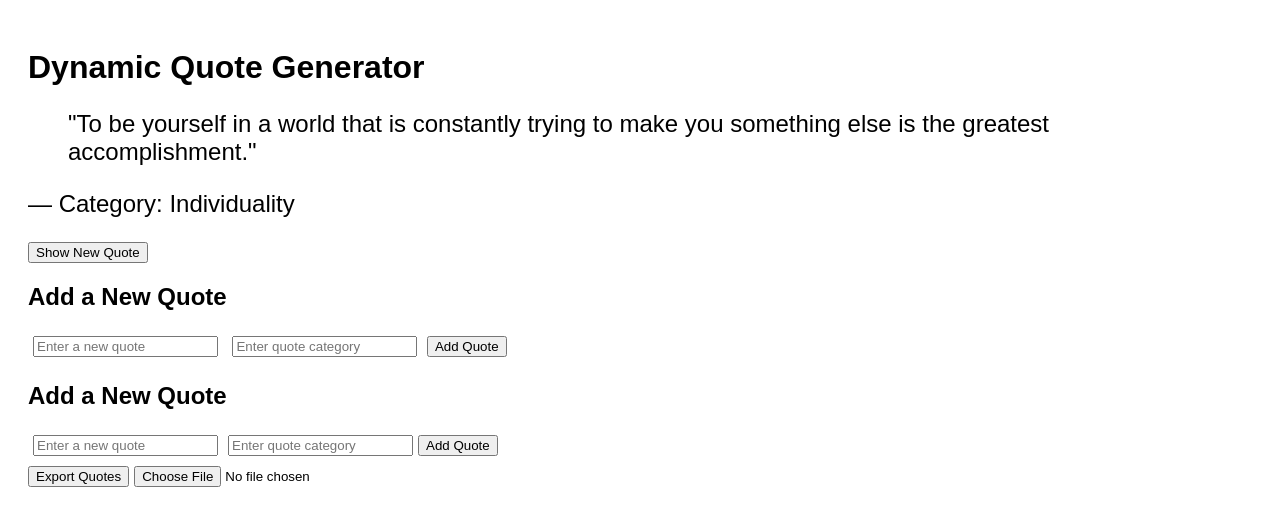
Repository: Patience225/alx_fe_javascript
Page: dom-manipulation/index.html
An editor plug-in stored every save of this project. The page is shown before and after the next save, followed by the edit.
The browser window is 1280 px wide. The pictures show the whole page.

Above is the page before, as saved 2025-02-02 06:58:55.

### dom-manipulation/index.html
<!DOCTYPE html>
<html lang="en">
<head>
  <meta charset="UTF-8" />
  <meta name="viewport" content="width=device-width, initial-scale=1.0" />
  <title>Dynamic Quote Generator</title>
  <style>
    /* Some basic styling (optional) */
    body { font-family: Arial, sans-serif; padding: 20px; }
    #quoteDisplay { margin-bottom: 20px; font-size: 1.5em; }
    input { margin: 5px; }
  </style>
</head>
<body>
  <h1>Dynamic Quote Generator</h1>
  <div id="quoteDisplay">Your quote will appear here.</div>
  <button id="newQuote">Show New Quote</button>

  <!-- Form for adding new quotes -->
  <div id="addQuoteForm">
    <h2>Add a New Quote</h2>
    <input id="newQuoteText" type="text" placeholder="Enter a new quote" />
    <input id="newQuoteCategory" type="text" placeholder="Enter quote category" />
    <button id="addQuoteButton">Add Quote</button>
  </div>

  <script src="script.js"></script>
</body>
</html>

### dom-manipulation/script.js
// Global array to store quotes
let quotes = [];

/**
 * Saves the current quotes array to localStorage.
 */
function saveQuotes() {
  localStorage.setItem('quotes', JSON.stringify(quotes));
}

/**
 * Loads quotes from localStorage. If none exist, load sample quotes.
 */
function loadQuotes() {
  const storedQuotes = localStorage.getItem('quotes');
  if (storedQuotes) {
    quotes = JSON.parse(storedQuotes);
  } else {
    // If no quotes in storage, initialize with some sample quotes.
    quotes = [
      { text: "The only limit to our realization of tomorrow is our doubts of today.", category: "Motivation" },
      { text: "Life is what happens when you're busy making other plans.", category: "Life" },
      { text: "To be yourself in a world that is constantly trying to make you something else is the greatest accomplishment.", category: "Individuality" }
    ];
    saveQuotes();
  }
}

/**
 * Displays a random quote from the quotes array in the #quoteDisplay element.
 * Also saves the displayed quote in sessionStorage.
 */
function showRandomQuote() {
  if (quotes.length === 0) {
    document.getElementById("quoteDisplay").textContent = "No quotes available!";
    return;
  }

  const randomIndex = Math.floor(Math.random() * quotes.length);
  const quote = quotes[randomIndex];

  // Display the quote and its category
  const quoteDisplay = document.getElementById("quoteDisplay");
  quoteDisplay.innerHTML = `
    <blockquote>"${quote.text}"</blockquote>
    <p>— Category: ${quote.category}</p>
  `;

  // Save the last displayed quote in sessionStorage
  sessionStorage.setItem('lastQuote', JSON.stringify(quote));
}

/**
 * Adds a new quote to the quotes array based on user input.
 */
function addQuote() {
  const quoteTextInput = document.getElementById("newQuoteText");
  const quoteCategoryInput = document.getElementById("newQuoteCategory");

  const text = quoteTextInput.value.trim();
  const category = quoteCategoryInput.value.trim();

  if (!text || !category) {
    alert("Please enter both a quote and a category.");
    return;
  }

  const newQuote = { text, category };
  quotes.push(newQuote);
  saveQuotes();

  quoteTextInput.value = "";
  quoteCategoryInput.value = "";

  alert("Quote added successfully!");
}

/**
 * Dynamically creates the form for adding new quotes and appends it to the DOM.
 */
function createAddQuoteForm() {
  const formContainer = document.createElement("div");
  formContainer.id = "addQuoteForm";

  const formHeading = document.createElement("h2");
  formHeading.textContent = "Add a New Quote";
  formContainer.appendChild(formHeading);

  const quoteTextInput = document.createElement("input");
  quoteTextInput.id = "newQuoteText";
  quoteTextInput.type = "text";
  quoteTextInput.placeholder = "Enter a new quote";
  formContainer.appendChild(quoteTextInput);

  const quoteCategoryInput = document.createElement("input");
  quoteCategoryInput.id = "newQuoteCategory";
  quoteCategoryInput.type = "text";
  quoteCategoryInput.placeholder = "Enter quote category";
  formContainer.appendChild(quoteCategoryInput);

  const addQuoteButton = document.createElement("button");
  addQuoteButton.id = "addQuoteButton";
  addQuoteButton.textContent = "Add Quote";
  addQuoteButton.addEventListener("click", addQuote);
  formContainer.appendChild(addQuoteButton);

  document.body.appendChild(formContainer);
}

/**
 * Creates and adds buttons for exporting and importing JSON data.
 */
function createImportExportButtons() {
  const container = document.createElement("div");
  container.id = "jsonActions";

  // Export Button
  const exportButton = document.createElement("button");
  exportButton.id = "exportButton";
  exportButton.textContent = "Export Quotes";
  exportButton.addEventListener("click", exportQuotesAsJson);
  container.appendChild(exportButton);

  // Import File Input
  const importInput = document.createElement("input");
  importInput.type = "file";
  importInput.id = "importFile";
  importInput.accept = ".json";
  importInput.addEventListener("change", importFromJsonFile);
  container.appendChild(importInput);

  document.body.appendChild(container);
}

/**
 * Exports the quotes array as a downloadable JSON file.
 */
function exportQuotesAsJson() {
  const jsonString = JSON.stringify(quotes, null, 2);
  const blob = new Blob([jsonString], { type: 'application/json' });
  const url = URL.createObjectURL(blob);
  const a = document.createElement("a");
  a.href = url;
  a.download = "quotes.json";
  a.click();
  URL.revokeObjectURL(url);
}

/**
 * Imports quotes from a selected JSON file.
 * Updates the quotes array and saves to localStorage.
 */
function importFromJsonFile(event) {
  const fileReader = new FileReader();
  fileReader.onload = function(e) {
    try {
      const importedQuotes = JSON.parse(e.target.result);
      if (Array.isArray(importedQuotes)) {
        quotes.push(...importedQuotes);
        saveQuotes();
        alert("Quotes imported successfully!");
      } else {
        alert("Invalid JSON format: Expected an array of quotes.");
      }
    } catch (error) {
      alert("Error parsing JSON file: " + error.message);
    }
  };
  fileReader.readAsText(event.target.files[0]);
}

/**
 * Checks sessionStorage for a last viewed quote and displays it if found.
 */
function displayLastViewedQuote() {
  const lastQuoteString = sessionStorage.getItem('lastQuote');
  if (lastQuoteString) {
    const lastQuote = JSON.parse(lastQuoteString);
    document.getElementById("quoteDisplay").innerHTML = `
      <blockquote>"${lastQuote.text}"</blockquote>
      <p>— Category: ${lastQuote.category} (Last Viewed)</p>
    `;
  }
}

// Initialize the app once the DOM is fully loaded.
document.addEventListener("DOMContentLoaded", () => {
  // Load quotes from local storage (or initialize with sample quotes)
  loadQuotes();

  // Create and attach the Add Quote form
  createAddQuoteForm();

  // Create and attach JSON import/export buttons
  createImportExportButtons();

  // Attach event listener to the "Show New Quote" button
  document.getElementById("newQuote").addEventListener("click", showRandomQuote);

  // Display last viewed quote from session storage if available,
  // otherwise show a random quote.
  if (sessionStorage.getItem('lastQuote')) {
    displayLastViewedQuote();
  } else {
    showRandomQuote();
  }
});

After the next save:
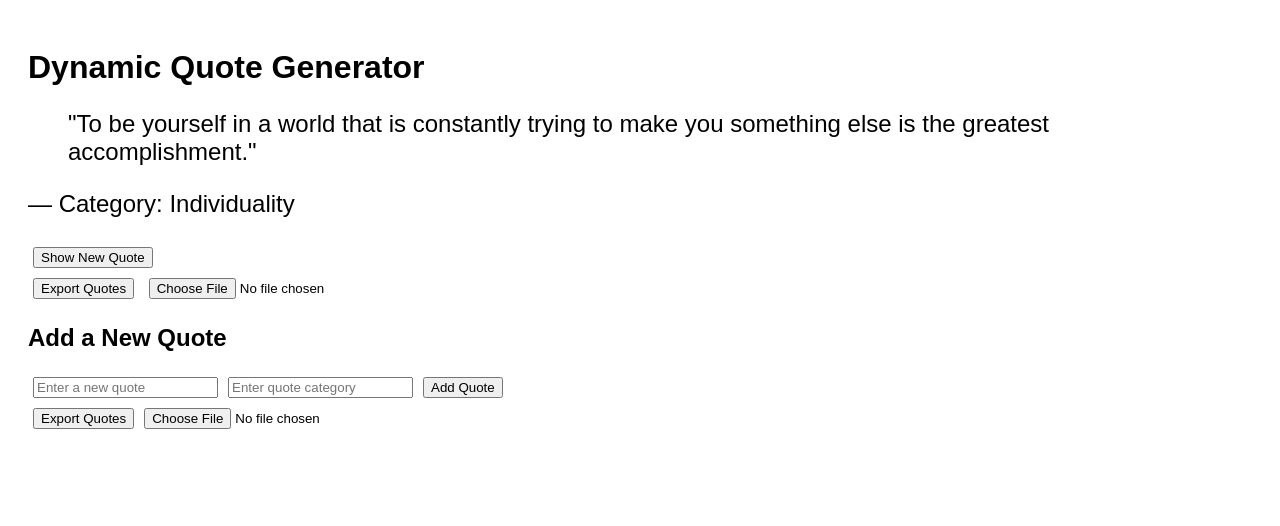
Saved 4 min 2 s later.
--- a/dom-manipulation/index.html
+++ b/dom-manipulation/index.html
@@ -5,10 +5,10 @@
   <meta name="viewport" content="width=device-width, initial-scale=1.0" />
   <title>Dynamic Quote Generator</title>
   <style>
-    /* Some basic styling (optional) */
     body { font-family: Arial, sans-serif; padding: 20px; }
     #quoteDisplay { margin-bottom: 20px; font-size: 1.5em; }
     input { margin: 5px; }
+    button { margin: 5px; }
   </style>
 </head>
 <body>
@@ -16,12 +16,13 @@
   <div id="quoteDisplay">Your quote will appear here.</div>
   <button id="newQuote">Show New Quote</button>
 
-  <!-- Form for adding new quotes -->
-  <div id="addQuoteForm">
-    <h2>Add a New Quote</h2>
-    <input id="newQuoteText" type="text" placeholder="Enter a new quote" />
-    <input id="newQuoteCategory" type="text" placeholder="Enter quote category" />
-    <button id="addQuoteButton">Add Quote</button>
+  <!-- The Add Quote form is created dynamically in script.js -->
+  <div id="addQuoteContainer"></div>
+
+  <!-- JSON Import/Export Section (now statically included) -->
+  <div id="jsonActions">
+    <button id="exportQuotesButton">Export Quotes</button>
+    <input type="file" id="importFile" accept=".json" onchange="importFromJsonFile(event)" />
   </div>
 
   <script src="script.js"></script>
